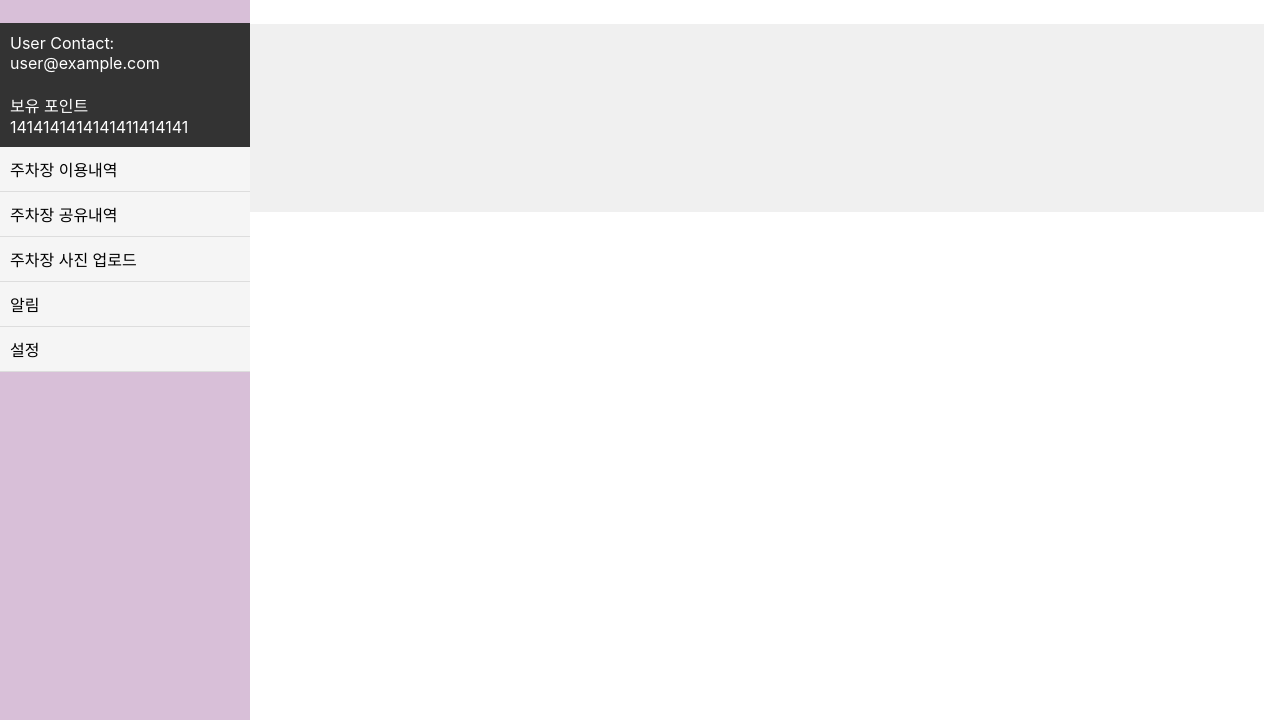
Repository: ohjjoa/reactTest
Page: /, after clicking the first element matching `img`
The author's editor kept a copy of each file at every save. The page is drawn from the files as they stood at one save, then again after the next save.
The browser window is 1280 px wide. The pictures show the whole page.
The project was rebuilt for these pictures with package versions that can differ from the ones it lists, and the page was loaded fresh each time.

Above is the page before, as saved 2024-08-02 05:09:48.

After the next save:
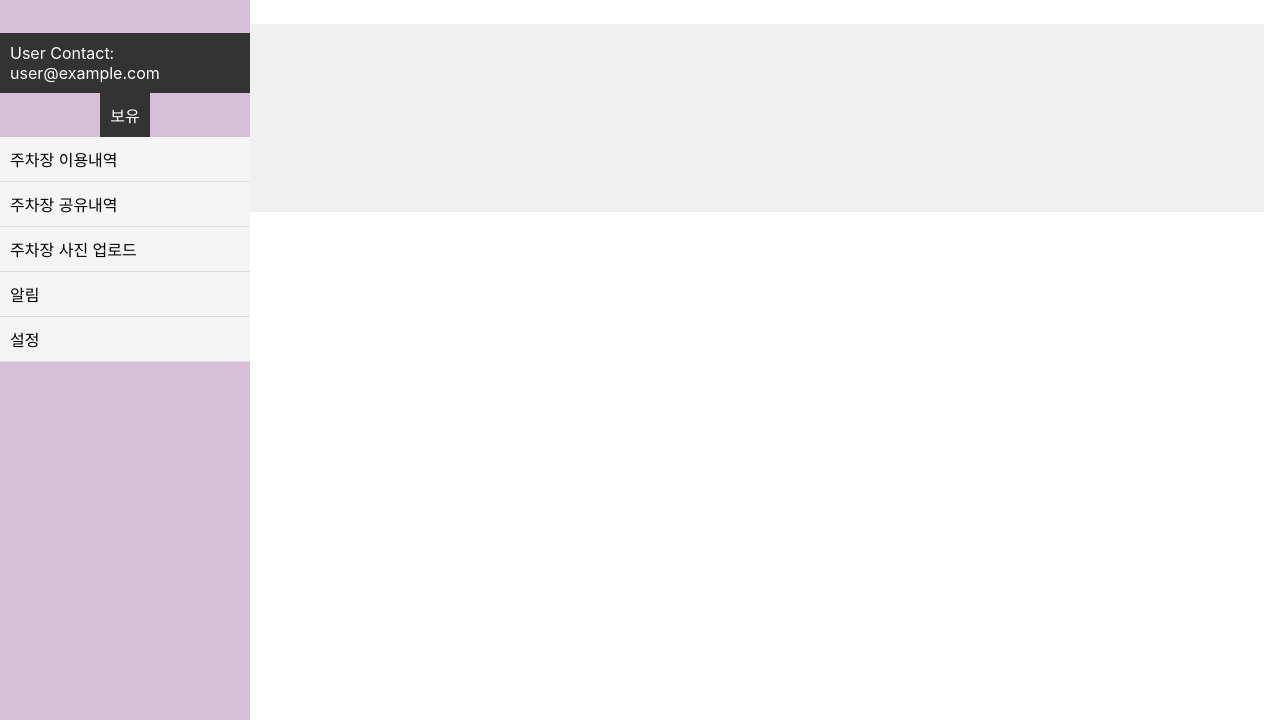
Saved 19 s later.
--- a/src/pages/Home/index.tsx
+++ b/src/pages/Home/index.tsx
@@ -92,7 +92,7 @@ const Home = () => {
             User Contact: user@example.com
           </div>
           <div style={{ padding: '10px', backgroundColor: '#333', color: '#fff' }}>
-            보유 포인트 1414141414141411414141
+            보유
           </div>
           <List
             height={550} // 사이드바의 높이에서 연락처의 높이를 제외한 값
